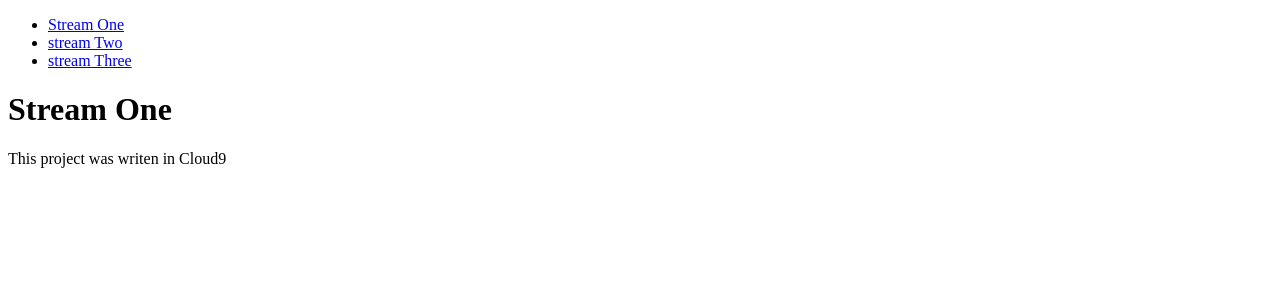
Repository: Yusufyy88/my-first-webstite
Page: stream-one.html
The author's editor kept a record of every edit. The page is drawn from the files as they stood at one moment, then again after the next edit.
The browser window is 1280 px wide. The pictures show the whole page.

Above is the page before.

After the next edit:
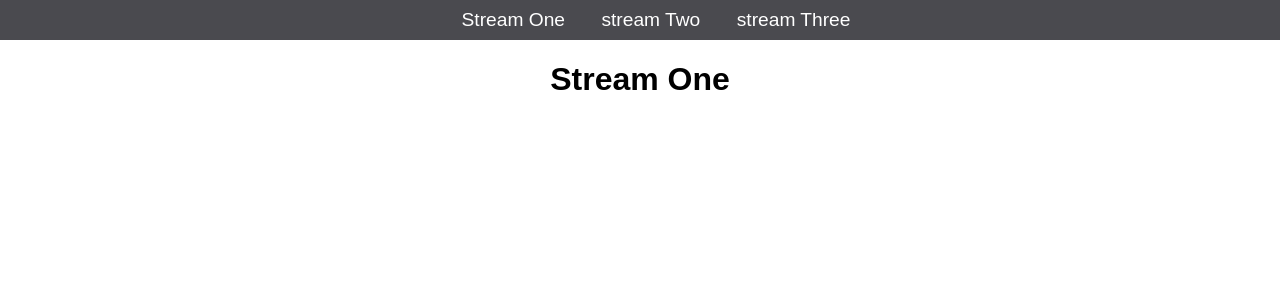
The edit:
--- a/stream-one.html
+++ b/stream-one.html
@@ -1,7 +1,8 @@
 <!DOCTYPE html>
 <html>
     <head>
-    <title>Hello World</title>
+        <title>Hello World</title>
+        <link rel="stylesheet" href="css/style.css" type="text/css" />
     </head>
     <body>
         <nav>
@@ -12,6 +13,11 @@
             </ul>
         </nav>
         <h1>Stream One</h1>
-        <p>This project was writen in Cloud9</p>
+        <div class="card">
+            <a href="">
+                <img />
+                <h2></h2>
+            </a>
+        </div>
     </body>
 </html>
